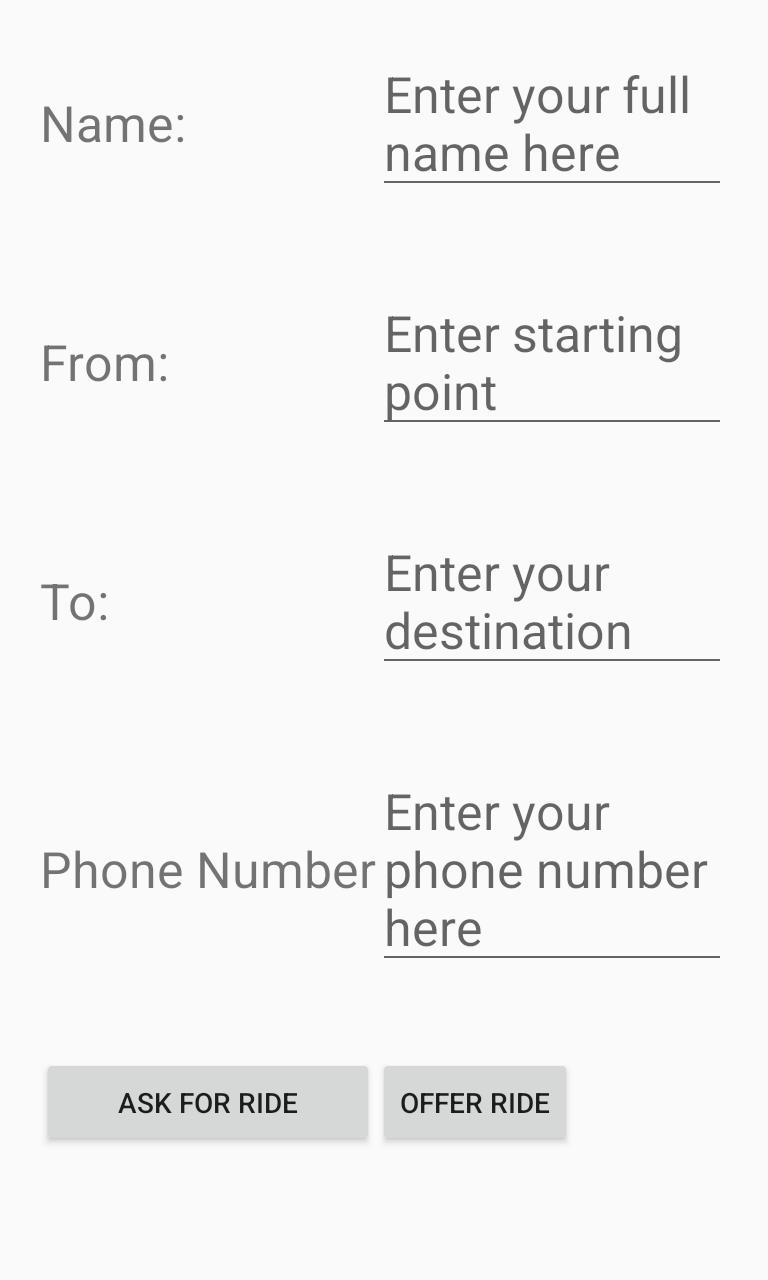
Repository: TewodrosT/LiLY
Layout: TransportationLily/res/layout/activity_main.xml
These files come from the project's save history. The layout is drawn as it stood at one moment and after the next save; the edit follows.
It is drawn on a 768 x 1280 px phone screen (xhdpi) without system bars, with theme AppTheme; the app's code is not run. The app's manifest (not shown) leaves right-to-left support off. So textAlignment, textDirection and layoutDirection are ignored, and left and right values win over start and end ones.

Above is the layout before, as saved 2014-08-06 11:22:50.

### TransportationLily/res/layout/activity_main.xml
<LinearLayout xmlns:android="http://schemas.android.com/apk/res/android"
    xmlns:tools="http://schemas.android.com/tools"
    android:layout_width="match_parent"
    android:layout_height="match_parent"
    android:orientation="vertical"
    tools:context="com.example.transportationlily.MainActivity" >

    <TableLayout
        android:layout_width="match_parent"
        android:layout_height="match_parent" >


        <TableRow
            android:layout_width="wrap_content"
            android:layout_height="wrap_content"
            android:layout_margin="20sp" >

            <TextView
                android:layout_width="wrap_content"
                android:layout_height="wrap_content"
                android:text="@string/senior_name"
                android:textSize="25sp" />

            <EditText
                android:id="@+id/to"
                android:layout_width="0dp"
                android:layout_height="wrap_content"
                android:layout_weight="1"
                android:hint="@string/typein_name"
                android:textSize="25sp" />
        </TableRow>

       <TableRow
            android:layout_width="wrap_content"
            android:layout_height="wrap_content"
            android:layout_margin="20sp" >

            <TextView
                android:layout_width="wrap_content"
                android:layout_height="wrap_content"
                android:text="@string/starting_point"
                android:textSize="25sp" />

            <EditText
                android:id="@+id/from"
                android:layout_width="0dp"
                android:layout_height="wrap_content"
                android:layout_weight="1"
                android:hint="@string/starting_location"
                android:textSize="25sp" />
        </TableRow>

        <TableRow
            android:layout_width="wrap_content"
            android:layout_height="wrap_content"
            android:layout_margin="20sp" >

            <TextView
                android:layout_width="wrap_content"
                android:layout_height="wrap_content"
                android:text="@string/destination_point"
                android:textSize="25sp" />

            <EditText

                android:layout_width="0dp"
                android:layout_height="wrap_content"
                android:layout_weight="1"
                android:hint="@string/ending_location"
                android:textSize="25sp" />
        </TableRow>

         <TableRow
            android:layout_width="wrap_content"
            android:layout_height="wrap_content"
            android:layout_margin="20sp" >

            <TextView
                android:layout_width="wrap_content"
                android:layout_height="wrap_content"
                android:text="@string/contact_info"
                android:textSize="25sp" />

            <EditText

                android:layout_width="0dp"
                android:layout_height="wrap_content"
                android:layout_weight="1"
                android:hint="@string/phone_number"
                android:textSize="25sp" />
        </TableRow>

      <TableRow
            android:layout_width="wrap_content"
            android:layout_height="wrap_content"
            android:layout_margin="20sp"
            android:textAlignment="center">
      <Button
        android:layout_width="wrap_content"
        android:layout_height="wrap_content"
        android:text="@string/button_askride"
        android:onClick="sendMessage" />

     <Button
        android:layout_width="wrap_content"
        android:layout_height="wrap_content"
        android:text="@string/button_offerride"
        android:onClick="sendMessage" />
     </TableRow>

    </TableLayout>

</LinearLayout>

### TransportationLily/res/values/strings.xml
<?xml version="1.0" encoding="utf-8"?>
<resources>

    <string name="app_name">TransportationLily</string>
    <string name="hello_world">Hello world!</string>
    <string name="action_settings">Settings</string>
    <string name= "starting_point">From: </string>
    <string name="starting_location">Enter starting point</string>
    <string name= "destination_point">To: </string>
    <string name="ending_location">Enter your destination</string>
    <string name= "senior_name"> Name: </string>
    <string name= "typein_name"> Enter your full name here</string>
    <string name= "contact_info"> Phone Number</string>
    <string name= "phone_number"> Enter your phone number here</string>
    <string name = "button_askride"> Ask for ride</string>
    <string name = "button_offerride"> Offer ride</string>
</resources>

Loaded but not shown: TransportationLily/res/values/styles.xml (common file); TransportationLily/res/values-v11/styles.xml (common file); TransportationLily/res/values-v14/styles.xml (common file)

After the next save:
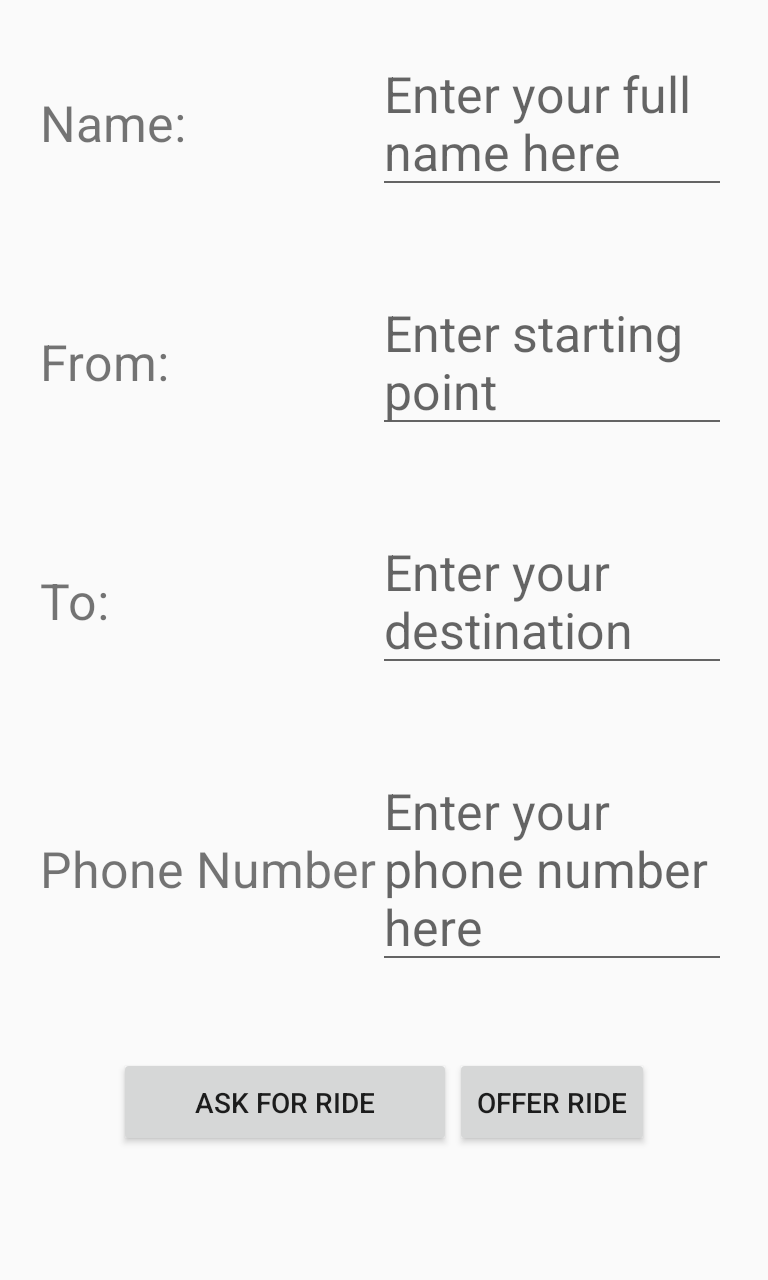
Saved 2 min 5 s later.
--- a/TransportationLily/res/layout/activity_main.xml
+++ b/TransportationLily/res/layout/activity_main.xml
@@ -94,7 +94,7 @@
             android:layout_width="wrap_content"
             android:layout_height="wrap_content"
             android:layout_margin="20sp"
-            android:textAlignment="center">
+            android:gravity="center_horizontal" >
       <Button
         android:layout_width="wrap_content"
         android:layout_height="wrap_content"
